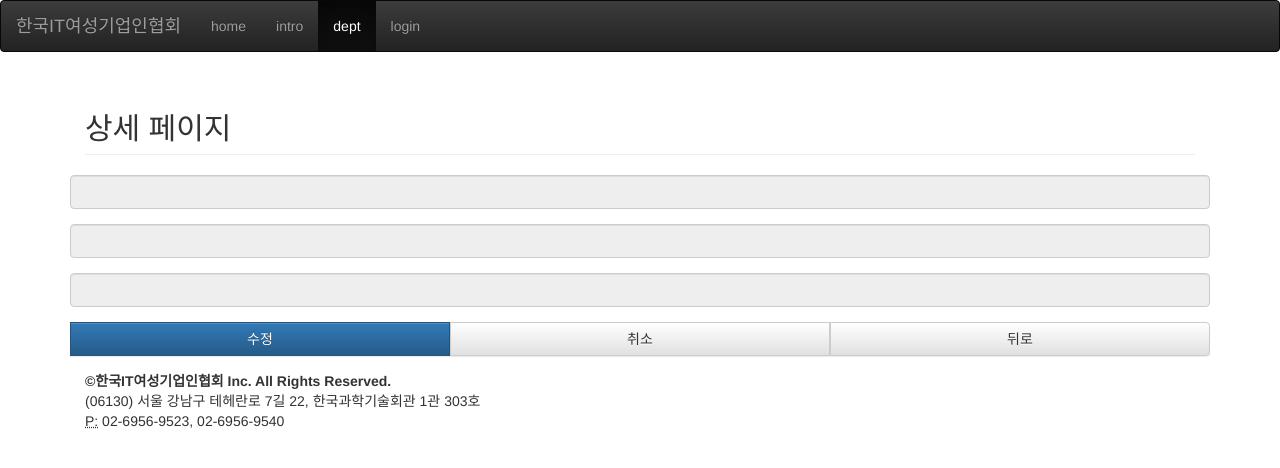
Repository: minho00123/sw-professional-training
Page: http://localhost/sts08/WEB-INF/views/dept/dept.jsp
An editor plug-in stored every save of this project. The page is shown before and after the next save, followed by the edit.
The browser window is 1280 px wide. The pictures show the whole page.
After loading, the first visible `a.btn` was clicked once.
The page is served by Tomcat 9. Nobody is signed in. Other server files are loaded and not shown. The template is opened directly, without the code that normally fills it, so the values that code supplies are empty.

Above is the page before, as saved 2025-05-21 03:16:49.
Console error (its wording comes from the project's code and is left out).

### stsWorkspace/sts08/src/main/webapp/WEB-INF/views/dept/dept.jsp
<%@ page language="java" contentType="text/html; charset=UTF-8"
	pageEncoding="UTF-8"%>
<!DOCTYPE html>
<html>
<head>
<meta charset="UTF-8">
<title>Insert title here</title>
<%@ include file="../layout/header.jspf"%>
</head>
<body>
	<%@ include file="../layout/menu.jspf"%>
	<h2 class="page-header">상세 페이지</h2>
	<form action="./" method="post" class="form-horizontal">
		<div class="form-group">
			<label class="sr-only">deptno</label><input name="deptno"
				class="form-control" value="${bean.deptno }" readonly />
		</div>
		<div class="form-group">
			<label class="sr-only">dname</label><input name="dname"
				class="form-control" value="${bean.dname }" readonly />
		</div>
		<div class="form-group">
			<label class="sr-only">location</label><input name="loc"
				class="form-control" value="${bean.loc }" readonly />
		</div>
		<div class="form-group">
			<div class="btn-group btn-group-justified" role="group">
				<a href="#" class="btn btn-default" role="button">수정</a> <a href="#"
					class="btn btn-danger" role="button">삭제</a>
				<div class="btn-group" role="group">
					<button type="submit" class="btn btn-primary">수정</button>
				</div>
				<div class="btn-group" role="group">
					<button type="reset" class="btn btn-default">취소</button>
				</div>
				<div class="btn-group" role="group">
					<button type="button" class="btn btn-default"
						onclick="history.back();">뒤로</button>
				</div>
			</div>
		</div>
	</form>
	<%@ include file="../layout/footer.jspf"%>
	<script type="text/javascript">
		$(function() {
			$('form .btn-group>button').eq(0).hide();
			$('form .btn-group>button').eq(1).hide();
			$('form .btn-group>a').eq(0).click(function(e) {
				$('form .btn-group>a').hide();
				$('form .btn-group>button').show();
				return false;
			});
			$('form .btn-group>a').eq(1).click(function(e) {
				alert('삭제');
				return false;
			});
		});
	</script>
</body>
</html>

### stsWorkspace/sts08/src/main/webapp/WEB-INF/views/layout/header.jspf
<%@ page language="java" contentType="text/html; charset=UTF-8"
    pageEncoding="UTF-8"%>
<%@ taglib prefix="c" uri="http://java.sun.com/jsp/jstl/core"%>
<!-- Latest compiled and minified CSS -->
<link rel="stylesheet"
	href="https://cdn.jsdelivr.net/npm/bootstrap@3.4.1/dist/css/bootstrap.min.css"
	integrity="sha384-HSMxcRTRxnN+Bdg0JdbxYKrThecOKuH5zCYotlSAcp1+c8xmyTe9GYg1l9a69psu"
	crossorigin="anonymous">

<!-- Optional theme -->
<link rel="stylesheet"
	href="https://cdn.jsdelivr.net/npm/bootstrap@3.4.1/dist/css/bootstrap-theme.min.css"
	integrity="sha384-6pzBo3FDv/PJ8r2KRkGHifhEocL+1X2rVCTTkUfGk7/0pbek5mMa1upzvWbrUbOZ"
	crossorigin="anonymous">

<!-- Latest compiled and minified JavaScript -->
<script
	src="https://cdn.jsdelivr.net/npm/bootstrap@3.4.1/dist/js/bootstrap.min.js"
	integrity="sha384-aJ21OjlMXNL5UyIl/XNwTMqvzeRMZH2w8c5cRVpzpU8Y5bApTppSuUkhZXN0VxHd"
	crossorigin="anonymous"></script>

<!-- jQuery (necessary for Bootstrap's JavaScript plugins) -->
<script src="https://code.jquery.com/jquery-1.12.4.min.js"
	integrity="sha384-nvAa0+6Qg9clwYCGGPpDQLVpLNn0fRaROjHqs13t4Ggj3Ez50XnGQqc/r8MhnRDZ"
	crossorigin="anonymous"></script>

### stsWorkspace/sts08/src/main/webapp/WEB-INF/views/layout/menu.jspf
<%@ page language="java" contentType="text/html; charset=UTF-8"
	pageEncoding="UTF-8"%>
<nav class="navbar navbar-inverse">
	<div class="container-fluid">
		<div class="navbar-header">
			<a class="navbar-brand" href="${pageContext.request.contextPath }/">
				한국IT여성기업인협회 </a>
		</div>
		<div class="collapse navbar-collapse"
			id="bs-example-navbar-collapse-1">
			<ul class="nav navbar-nav">
				<%
					String url = request.getRequestURI().substring((request.getContextPath() + "/WEB-INF/views").length());
					if (url.equals("/index.jsp")) {
						pageContext.setAttribute("menu", "menu1");
					} else if (url.equals("/intro.jsp")) {
						pageContext.setAttribute("menu", "menu2");
					} else if (url.startsWith("/dept/")) {
						pageContext.setAttribute("menu", "menu3");
					} else if (url.startsWith("/login/")) {
						pageContext.setAttribute("menu", "menu4");
					}
				%>
				<li class="${menu eq 'menu1' ? 'active' : '' }"><a
					href="${pageContext.request.contextPath }/">home</a></li>
				<li class="${menu eq 'menu2' ? 'active' : '' }"><a
					href="${pageContext.request.contextPath }/intro">intro</a></li>
				<li class="${menu eq 'menu3' ? 'active' : '' }"><a
					href="${pageContext.request.contextPath }/dept/">dept</a></li>
				<li class="${menu eq 'menu4' ? 'active' : '' }"><a
					href="${pageContext.request.contextPath }/login/">login</a></li>
			</ul>
		</div>
	</div>
</nav>
<div class="container">
	<div class="col-md-12">
		<!-- begin -->

### stsWorkspace/sts08/src/main/webapp/WEB-INF/views/layout/footer.jspf
<%@ page language="java" contentType="text/html; charset=UTF-8"
    pageEncoding="UTF-8"%>
			<!-- end -->
		</div>
		<div class="col-md-12">
			<address>
				<strong>©한국IT여성기업인협회 Inc. All Rights Reserved.</strong><br>
				(06130) 서울 강남구 테헤란로 7길 22, 한국과학기술회관 1관 303호 <br> <abbr
					title="Phone">P:</abbr> 02-6956-9523, 02-6956-9540
			</address>
		</div>
	</div>

After the next save:
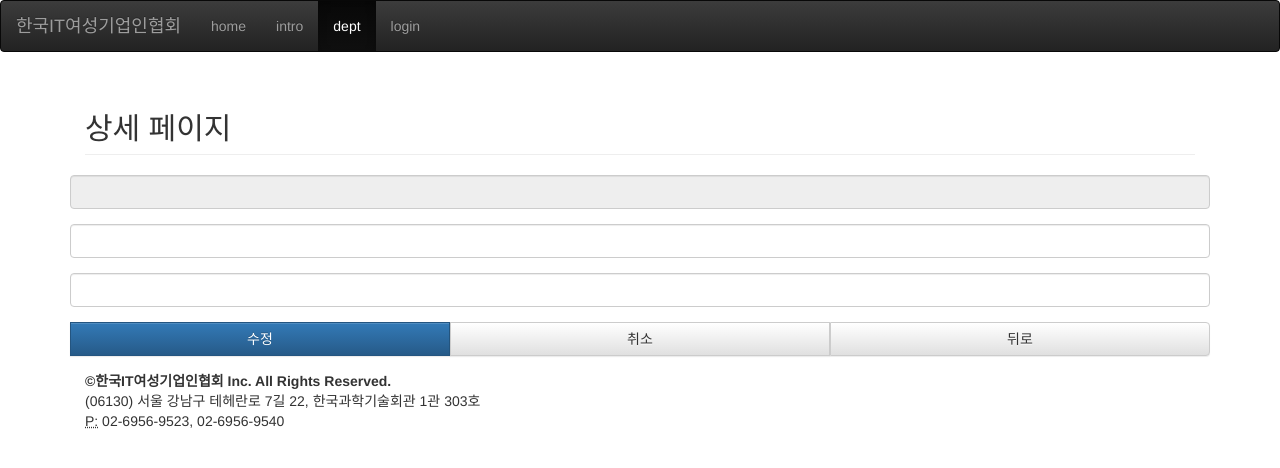
Saved 112 s later.
--- a/stsWorkspace/sts08/src/main/webapp/WEB-INF/views/dept/dept.jsp
+++ b/stsWorkspace/sts08/src/main/webapp/WEB-INF/views/dept/dept.jsp
@@ -48,6 +48,8 @@
 			$('form .btn-group>a').eq(0).click(function(e) {
 				$('form .btn-group>a').hide();
 				$('form .btn-group>button').show();
+				$('form input').eq(1).removeProp('readonly');
+				$('form input').eq(2).removeProp('readonly');
 				return false;
 			});
 			$('form .btn-group>a').eq(1).click(function(e) {
